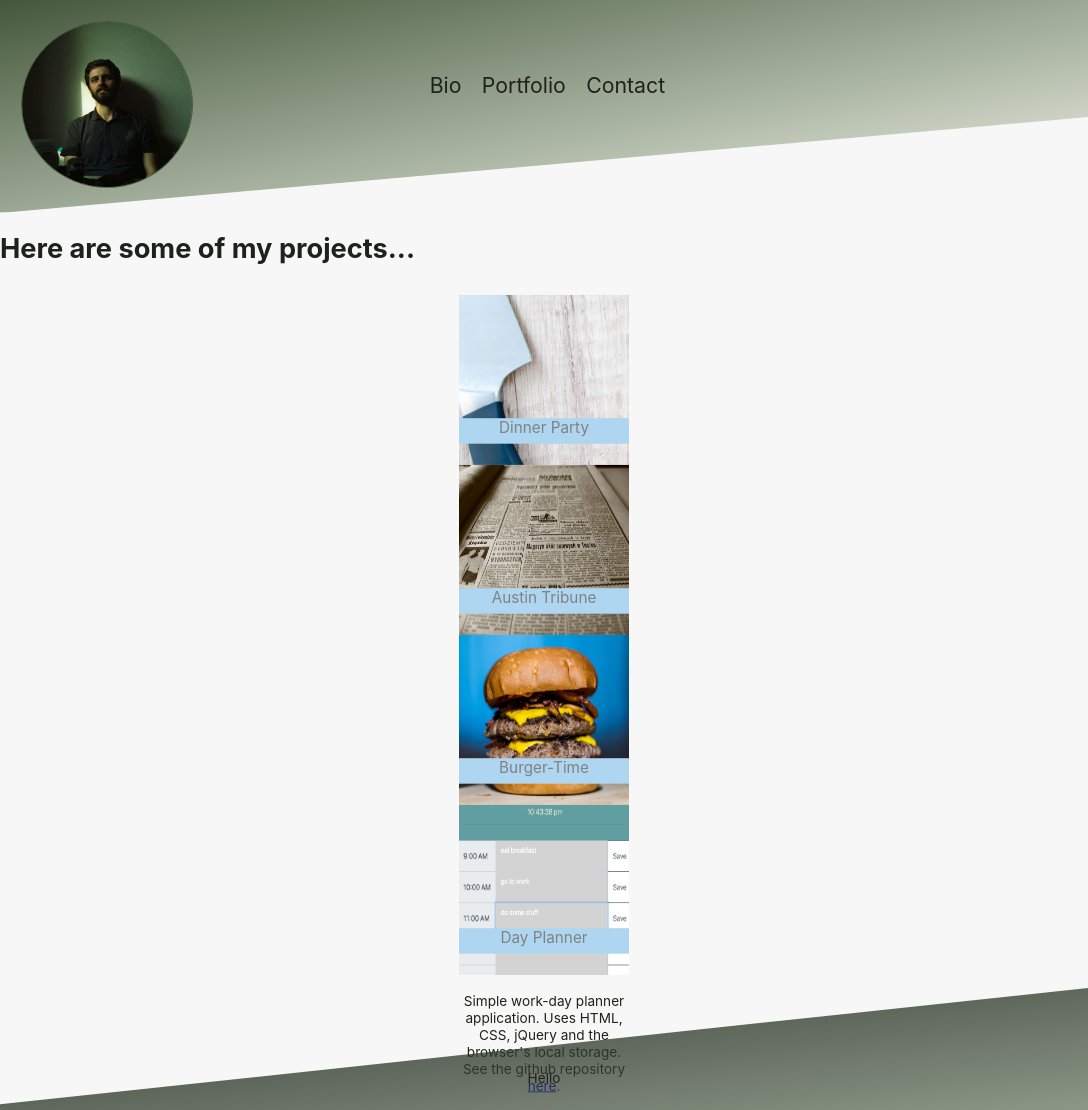
Repository: joeldelatte/react-portfolio
Page: /portfolio (app in client/)
These files come from the project's save history. The page is drawn as it stood at one moment and after the next save; the edit follows.
The browser window is 1280 px wide. The pictures show the whole page, at 85% of full size.
The project was rebuilt for these pictures with package versions that can differ from the ones it lists, and the page was loaded fresh each time. Also part of the build but not shown: client/src/App.css, client/src/Components/Bio/Bio.js, client/src/Components/Contact/Contact.js.

Above is the page before, as saved 2020-07-11 01:05:15.

### client/public/index.html
<!doctype html>
<html lang="en">
  <head>
    <meta charset="utf-8">
    <meta name="viewport" content="width=device-width, initial-scale=1, shrink-to-fit=no">
    <meta name="theme-color" content="#000000">
    <!--
      manifest.json provides metadata used when your web app is added to the
      homescreen on Android. See https://developers.google.com/web/fundamentals/engage-and-retain/web-app-manifest/
    -->
    <link rel="manifest" href="%PUBLIC_URL%/manifest.json">
    <link rel="shortcut icon" href="%PUBLIC_URL%/favicon.ico">
    <!--
      Notice the use of %PUBLIC_URL% in the tags above.
      It will be replaced with the URL of the `public` folder during the build.
      Only files inside the `public` folder can be referenced from the HTML.

      Unlike "/favicon.ico" or "favicon.ico", "%PUBLIC_URL%/favicon.ico" will
      work correctly both with client-side routing and a non-root public URL.
      Learn how to configure a non-root public URL by running `npm run build`.
    -->
    <title>Joel Delatte</title>
  </head>
  <body>
    <noscript>
      You need to enable JavaScript to run this app.
    </noscript>
    <div id="root"></div>
    <!--
      This HTML file is a template.
      If you open it directly in the browser, you will see an empty page.

      You can add webfonts, meta tags, or analytics to this file.
      The build step will place the bundled scripts into the <body> tag.

      To begin the development, run `npm start` or `yarn start`.
      To create a production bundle, use `npm run build` or `yarn build`.
    -->
  </body>
</html>

### client/src/index.css
body {
  height:100%;
  min-height: 100%;
  margin: 0;
  padding: 0;
  border: 0;
  font-family: -apple-system, BlinkMacSystemFont, 'Segoe UI', 'Roboto', 'Oxygen',
    'Ubuntu', 'Cantarell', 'Fira Sans', 'Droid Sans', 'Helvetica Neue',
    sans-serif;
  -webkit-font-smoothing: antialiased;
  -moz-osx-font-smoothing: grayscale;
  background-color: rgb(247, 247, 247);
  color: rgb(31,33,28);
}

code {
  font-family: source-code-pro, Menlo, Monaco, Consolas, 'Courier New',
    monospace;
}

### client/src/App.js
import React from 'react';
import {BrowserRouter as Router, Route, Switch, Link} from "react-router-dom";
import './App.css';
import Bio from "./Components/Bio/Bio";
import Nav from "./Page/Nav";
import Contact from "./Components/Contact/Contact";
import Portfolio from "./Components/Portfolio/Portfolio";

export default function App() {
  return (
    <>
      <Router>
        <Nav />
        <Switch>
          <Route exact path="/">
            <Bio />
          </Route>
          <Route exact path="/contact">
            <Contact />
          </Route>
          <Route exact path="/portfolio">
            <Portfolio />
          </Route>
        </Switch>
      </Router>
    </>
  );
}

### client/src/Page/Nav.js
import React from "react";
import {BrowserRouter as Router, Route, Switch, Link} from "react-router-dom";
import Avatar from "./Avatar";
import "./Page.css";

function Nav () {
    return (
      <div className="header">
        <Avatar />
        <div className="nav">
          <Link to="/">Bio</Link>
          <Link to="/portfolio">Portfolio</Link>
          <Link to="/contact">Contact</Link>
        </div>
      </div>
    );
};

export default Nav;

### client/src/Components/Portfolio/Portfolio.js
import React from "react";

import Dayplanner from "../Portfolio/images/dayplanner.png";
import NewsPaper from "../Portfolio/images/austin1.jpeg";
import Burger from "../Portfolio/images/burger.jpg"
import Knife from "../Portfolio/images/knife.png"

import './portfolio.css';

export default function Portfolio() {


    return (
      <div className="container">
        <h1>Here are some of my projects...</h1>
        <div className="portfolio">
          <div className="projectBox">
            <a
              href="https://rocky-meadow-16617.herokuapp.com/"
              target="_blank"
              rel="noopener noreferrer"
            >
              <img className="projectPhoto" src={Knife}></img>
              <section className="projectLabel">Dinner Party</section>
            </a>
            <p>
              A party planner for home chefs. Post invitations or RSVP to
              parties. Uses MySql, Sequellize ORM, Express.js, React Node.
              <br></br>
              See the github repository{" "}
              <a href="https://github.com/joeldelatte/Poject_3_Dinner_Party">
                here
              </a>
              .
            </p>
          </div>
          <div className="projectBox">
            <a
              href="https://mmoritz8.github.io/Project-1/Joel_art/arts.html"
              target="_blank"
              rel="noopener noreferrer"
            >
              <img className="projectPhoto" src={NewsPaper}></img>
              <section className="projectLabel">Austin Tribune</section>
            </a>
            <p>
              A local news site built in a team environment using jQuery, Node,
              Express.js server and REST APIs.
              <br></br>
              See the github repository{" "}
              <a href="https://github.com/mmoritz8/Project-1">here</a>.
            </p>
          </div>
          <div className="projectBox">
            <a
              href="https://boiling-lowlands-78090.herokuapp.com/"
              target="_blank"
              rel="noopener noreferrer"
            >
              <img className="projectPhoto" src={Burger}></img>
              <section className="projectLabel">Burger-Time</section>
            </a>
            <p>
              A burger logger made with MySQL, a custom ORM, Node, Express, and
              Handlebars.
              <br></br>
              See the github repository{" "}
              <a href="https://github.com/joeldelatte/eat-da-burger">here</a>.
            </p>
          </div>
          <div className="projectBox">
            <a
              href="https://joeldelatte.github.io/day-planner/"
              target="_blank"
              rel="noopener noreferrer"
            >
              <img className="projectPhoto" src={Dayplanner}></img>
              <section className="projectLabel">Day Planner</section>
            </a>
            <p>
              Simple work-day planner application. Uses HTML, CSS, jQuery and
              the browser's local storage.
              <br></br>
              See the github repository{" "}
              <a href="https://github.com/joeldelatte/day-planner">here</a>.
            </p>
          </div>
        </div>
        <footer>Hello</footer>
      </div>
    );
}

### client/src/Components/Bio/bio.css
.container {
    position: relative;
}

.bio {
    min-height: 100%;
    padding: 15px;
    max-width: 50%;
    margin: 0 auto;
    text-align: center;
    padding-bottom: -5rem;
}

.bio p {
    text-align: center;
}

footer {
  height: 3rem;
  padding-top: 6rem;
  /* background-color: rgb(68,88,60); */
  background-image: linear-gradient(to right bottom, rgba(31,33,28, 1), rgba(68,88,60, 0.501));
  -webkit-clip-path: polygon(0 95%, 100% 0, 100% 100%, 0 100%);
  clip-path: polygon(0 95%, 100% 0, 100% 100%, 0 100%);
  text-align: center;
}


    @media only screen and (max-width: 768px) {
        .viewContainer {
            margin-left: 110px;
        }
    }

### client/src/Page/Avatar.js
import React from "react";
import Portrait from "./images/joel_d.png"
import "./Page.css";

function Avatar () {

    return (
      <div>
          <img src={Portrait} alt="avatar"  className="avatar" />
      </div>
    );
};

export default Avatar;

### client/src/Page/Page.css
.header {
  /* height: 38%; */
  background-image: linear-gradient(to right bottom, rgba(68,88,60, 1), rgba(241,246,226, 0.501));
  background-size: cover;
  background-position: top;
  position: relative;
  -webkit-clip-path: polygon(0 0, 100% 0, 100% 55%, 0 100%);
  clip-path: polygon(0 0, 100% 0, 100% 55%, 0 100%);
  position: relative;
}

  .avatar {
    border: 1px solid;
    border-color: rgb(68,88,60);
    display: inline;
    max-width: 200px;
    max-height: 200px;
    border-radius: 100%;
    margin: 25px;
    }

.nav {
    position: absolute;
    top: 40%;
    left: 50%;
    transform: translate(-50%, -50%);
    text-align: center;
}

.nav a {
    padding: 6px 8px 6px 16px;
    text-decoration: none;
    font-size: 25px;
    color: rgb(31,33,28);
    display: inline;
    text-align: center;
  }

.nav a:hover {
    color: #f1f1f1;
}

### client/src/Components/Contact/contact.css
.container {
  position: relative;
}
.contact {
    min-height: 100%;
    padding: 15px;
    max-width: 50%;
    margin: 0 auto;
    text-align: center;
    padding-bottom: -5rem;
}

.contact a {
  padding: 6px 8px 6px 16px;
  text-decoration: underline;
  font-size: 18px;
  color: black;
  display: block;
}

.contact a:hover {
  color: #818181;
}

.email-address {
  padding: 6px 8px 6px 16px;
  font-size: 18px;
}

input[type=text], select {
    width: 100%;
    padding: 12px 20px;
    margin: 8px 0;
    display: inline-block;
    border: 1px solid #ccc;
    border-radius: 4px;
    box-sizing: border-box;
  }

  input[type=submit] {
    width: 15%;
    background-color: #4CAF50;
    color: white;
    padding: 14px 20px;
    margin: 8px 0;
    border: none;
    border-radius: 4px;
    cursor: pointer;
  }

  input[type=submit]:hover {
    background-color: #45a049;
  }

textarea {
    width: 100%;
    height: 150px;
    margin: 8px 0;
    padding: 12px 20px;
    box-sizing: border-box;
    border: 1px solid #ccc;
    border-radius: 4px;
    resize: none;
  }

  footer {
    height: 3rem;
    padding-top: 6rem;
    /* background-color: rgb(68,88,60); */
    background-image: linear-gradient(to right bottom, rgba(31,33,28, 0.901), rgba(68,88,60, 0.601));
    -webkit-clip-path: polygon(0 95%, 100% 0, 100% 100%, 0 100%);
    clip-path: polygon(0 95%, 100% 0, 100% 100%, 0 100%);
    text-align: center;
  }

  @media only screen and (max-width: 768px) {
    .contact {
      margin-left: 110px;
    }
  }

### client/src/Components/Portfolio/portfolio.css
.conatiner {
    text-align: center;
}

.portfolio {
    padding: 15px;
    /* display: flex; */

    flex-wrap: wrap;
    justify-content: center;
    text-align: center;
}

/* h1 {
    margin-left: 35%;
} */

.projectBox {
    width: 200px;
    height: 200px;
    position: relative;
    text-align: center;
    margin: 0 auto;
}

.projectText {
    width: 200px;
    height: 200px;
    position: relative;
    text-align: center;
    margin-top: 20px;
}

.projectLabel {
    color: #818181;
    text-align: center;
    font-size: large;
    background-color: #aed6f1;
    width: 200px;
    height: 30px;
    padding: 4;
    position: absolute;
    top: 80%;
    left: 50%;
    transform: translate(-50%, -50%);

}

.projectPhoto {
    width: 200px;
    height: 200px;
    position: relative;
    text-align: center;
}

.move {
    padding-left: 45px;
    box-sizing: content-box;
}

footer {
    margin-top: auto;
    height: 3rem;
    padding-top: 6rem;
    /* background-color: rgb(68,88,60); */
    background-image: linear-gradient(to right bottom, rgba(31,33,28, 0.901), rgba(68,88,60, 0.601));
    -webkit-clip-path: polygon(0 95%, 100% 0, 100% 100%, 0 100%);
    clip-path: polygon(0 95%, 100% 0, 100% 100%, 0 100%);
    text-align: center;
    flex: none;
  }

/* @media only screen and (max-width: 768px) {
    .move {
        padding-left: 130px;
        box-sizing: content-box;
    }
    .portfolio {
        margin-left: 110px;
    }

    .portfolio h1 {
        margin-left: 20px;
    }

    .projectBox {
        width: 200px;
        height: 200px;
        float: left;
        position: relative;
        text-align: center;
        margin: 20px 20px 150px 20px;

    }


}  */

Loaded but not shown: client/src/index.js (common file); client/src/serviceWorker.js (common file)

After the next save:
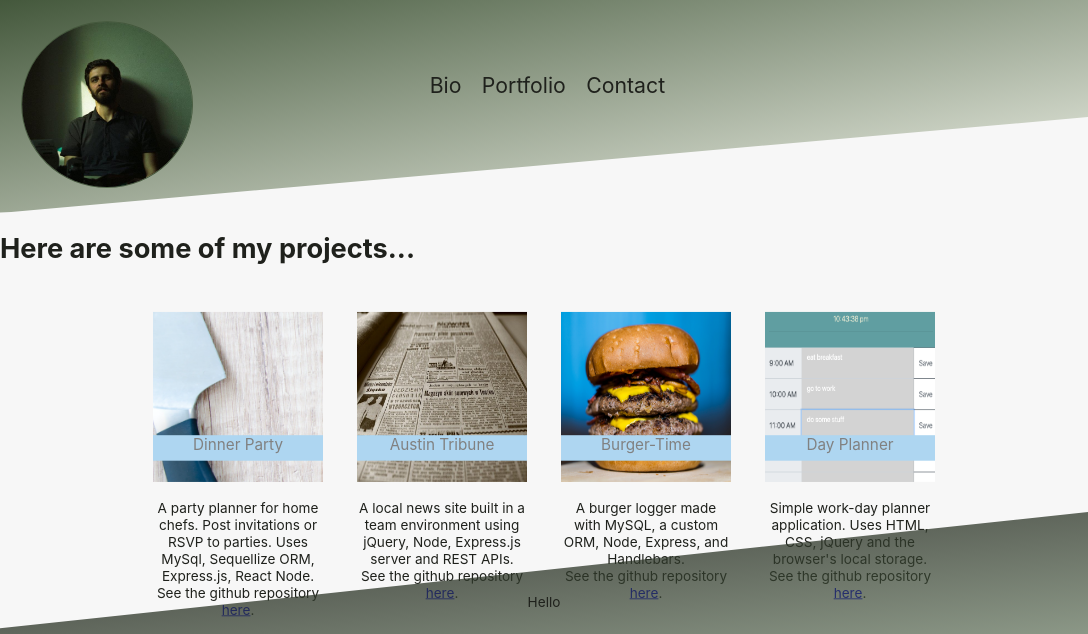
Saved 28 s later.
--- a/client/src/Components/Portfolio/portfolio.css
+++ b/client/src/Components/Portfolio/portfolio.css
@@ -4,8 +4,7 @@
 
 .portfolio {
     padding: 15px;
-    /* display: flex; */
-
+    display: flex;
     flex-wrap: wrap;
     justify-content: center;
     text-align: center;
@@ -20,7 +19,7 @@
     height: 200px;
     position: relative;
     text-align: center;
-    margin: 0 auto;
+    margin: 20px;
 }
 
 .projectText {
